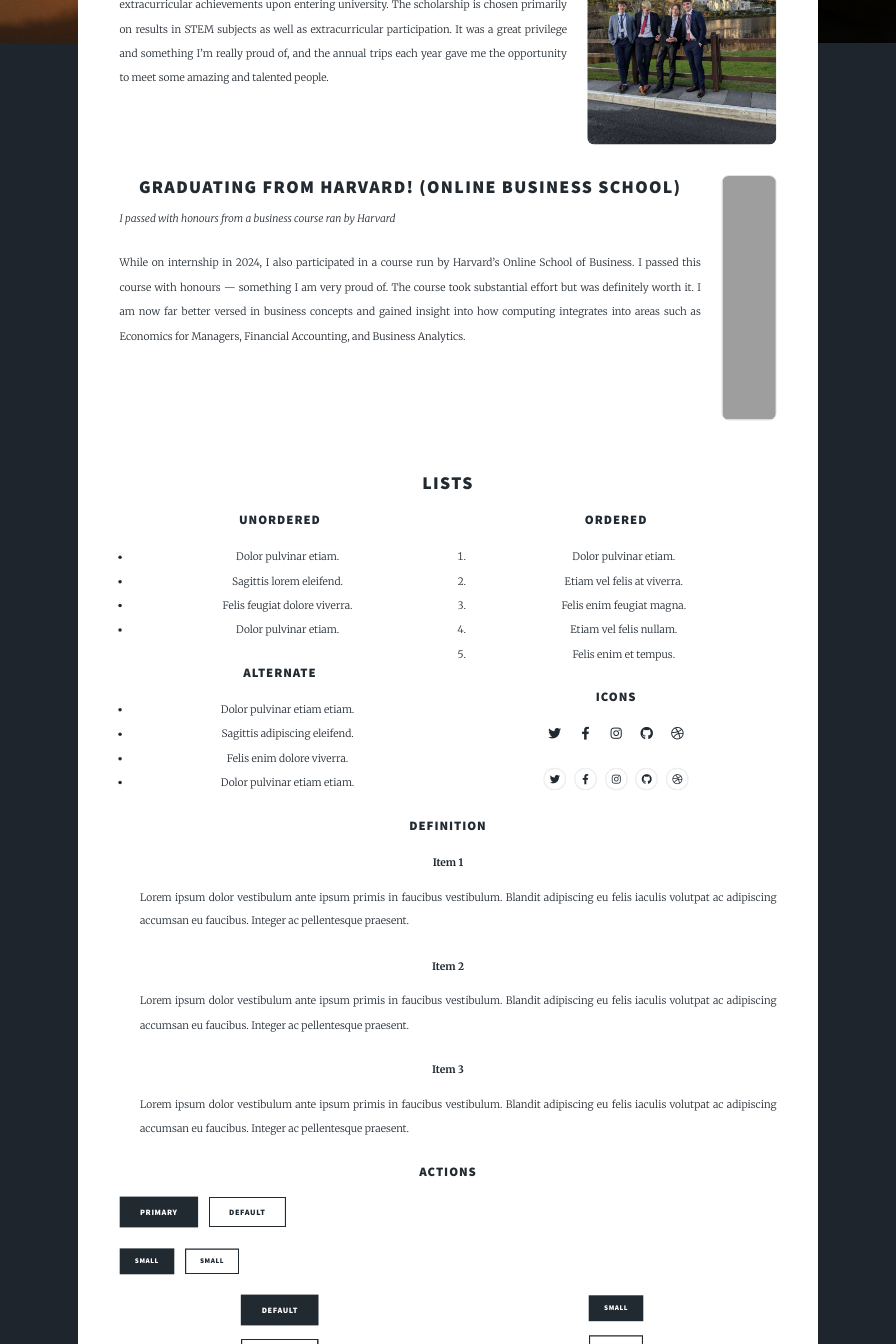
Repository: ciaranscan6/PersonalWebsite
Page: hobbies-and-ach.html
These files come from the project's save history. The page is drawn as it stood at one moment and after the next save; the edit follows.
The browser window is 1280 px wide. The pictures show the part of the page from y = 659 to 2579 px (the page is 9096 px tall before and 9379 px after), at 70% of full size.
Pictures or frames that could not be fetched are drawn as grey boxes.

Above is the page before, as saved 2025-11-22 04:47:53.

### hobbies-and-ach.html
<!DOCTYPE HTML>
<!--
	Massively by HTML5 UP
	html5up.net | @ajlkn
	Free for personal and commercial use under the CCA 3.0 license (html5up.net/license)
-->
<html>
	<head>
		<title>Elements Reference - Massively by HTML5 UP</title>
		<meta charset="utf-8" />
		<meta name="viewport" content="width=device-width, initial-scale=1, user-scalable=no" />
		<link rel="stylesheet" href="assets/css/main.css" />
		<noscript><link rel="stylesheet" href="assets/css/noscript.css" /></noscript>
	</head>
	<body class="is-preload">

		<!-- Wrapper -->
			<div id="wrapper">

				<!-- Header -->
					<header id="header">
						<a href="index.html" class="logo">Massively</a>
					</header>

				<!-- Nav -->
					<nav id="nav">
						<ul class="links">
							<li><a href="index.html">Projects</a></li>
							<li><a href="about-me.html">About Me</a></li>
							<li class="active"><a href="hobbies-and-ach.html">Hobbies and Achievements</a></li>
						</ul>
						<ul class="icons">
							<li><a href="#" class="icon brands fa-linkedin"><span class="label">LinkedIn</span></a></li>
							<li><a href="#" class="icon brands fa-instagram"><span class="label">Instagram</span></a></li>
							<li><a href="#" class="icon brands fa-github"><span class="label">GitHub</span></a></li>
						</ul>
					</nav>

				<!-- Main -->
					<div id="main">

						<!-- Post -->
							<section class="post featured">
								<header class="major">
									<h1>Random Achievements</h1>
								</header>

								<div class="split-section">
									<div class="text">
										<header>
											<h2>Naughton Scholarship</h2>
											<p>I received an academic scholarship worth €22,000</p>
										</header>
										<p>
											I was one of 34 students in the country to receive the scholarship based on academic
											and extracurricular achievements upon entering university. The scholarship is chosen
											primarily on results in STEM subjects as well as extracurricular participation. It was
											a great privilege and something I’m really proud of, and the annual trips each year
											gave me the opportunity to meet some amazing and talented people.
										</p>
									</div>

									<img src="images/Naughton.jpg" alt="Naughton Scholarship Photo">
								</div>

								<div class="split-section">
									<div class="text">
										<header>
											<h2>Graduating from Harvard! (Online Business School)</h2>
											<p>I passed with honours from a business course ran by Harvard</p>
										</header>
										<p>
											While on internship in 2024, I also participated in a course run by Harvard’s Online
											School of Business. I passed this course with honours — something I am very proud of.
											The course took substantial effort but was definitely worth it. I am now far better
											versed in business concepts and gained insight into how computing integrates into areas
											such as Economics for Managers, Financial Accounting, and Business Analytics.
										</p>
									</div>

									<div class="pdf-preview">
										<iframe src="files/Harvard_Certificate.pdf#toolbar=0&navpanes=0&scrollbar=0"></iframe>
									</div>
								</div>

								<!-- Lists -->
									<h2>Lists</h2>
									<div class="row">
										<div class="col-6 col-12-small">

											<h3>Unordered</h3>
											<ul>
												<li>Dolor pulvinar etiam.</li>
												<li>Sagittis lorem eleifend.</li>
												<li>Felis feugiat dolore viverra.</li>
												<li>Dolor pulvinar etiam.</li>
											</ul>

											<h3>Alternate</h3>
											<ul class="alt">
												<li>Dolor pulvinar etiam etiam.</li>
												<li>Sagittis adipiscing eleifend.</li>
												<li>Felis enim dolore viverra.</li>
												<li>Dolor pulvinar etiam etiam.</li>
											</ul>

										</div>
										<div class="col-6 col-12-small">

											<h3>Ordered</h3>
											<ol>
												<li>Dolor pulvinar etiam.</li>
												<li>Etiam vel felis at viverra.</li>
												<li>Felis enim feugiat magna.</li>
												<li>Etiam vel felis nullam.</li>
												<li>Felis enim et tempus.</li>
											</ol>

											<h3>Icons</h3>
											<ul class="icons">
												<li><a href="#" class="icon brands fa-twitter"><span class="label">Twitter</span></a></li>
												<li><a href="#" class="icon brands fa-facebook-f"><span class="label">Facebook</span></a></li>
												<li><a href="#" class="icon brands fa-instagram"><span class="label">Instagram</span></a></li>
												<li><a href="#" class="icon brands fa-github"><span class="label">Github</span></a></li>
												<li><a href="#" class="icon brands fa-dribbble"><span class="label">Dribbble</span></a></li>
											</ul>
											<ul class="icons alt">
												<li><a href="#" class="icon brands alt fa-twitter"><span class="label">Twitter</span></a></li>
												<li><a href="#" class="icon brands alt fa-facebook-f"><span class="label">Facebook</span></a></li>
												<li><a href="#" class="icon brands alt fa-instagram"><span class="label">Instagram</span></a></li>
												<li><a href="#" class="icon brands alt fa-github"><span class="label">Github</span></a></li>
												<li><a href="#" class="icon brands alt fa-dribbble"><span class="label">Dribbble</span></a></li>
											</ul>

										</div>
									</div>
									<h3>Definition</h3>
									<dl>
										<dt>Item 1</dt>
										<dd>
											<p>Lorem ipsum dolor vestibulum ante ipsum primis in faucibus vestibulum. Blandit adipiscing eu felis iaculis volutpat ac adipiscing accumsan eu faucibus. Integer ac pellentesque praesent.</p>
										</dd>
										<dt>Item 2</dt>
										<dd>
											<p>Lorem ipsum dolor vestibulum ante ipsum primis in faucibus vestibulum. Blandit adipiscing eu felis iaculis volutpat ac adipiscing accumsan eu faucibus. Integer ac pellentesque praesent.</p>
										</dd>
										<dt>Item 3</dt>
										<dd>
											<p>Lorem ipsum dolor vestibulum ante ipsum primis in faucibus vestibulum. Blandit adipiscing eu felis iaculis volutpat ac adipiscing accumsan eu faucibus. Integer ac pellentesque praesent.</p>
										</dd>
									</dl>

									<h3>Actions</h3>
									<ul class="actions">
										<li><a href="#" class="button primary">Primary</a></li>
										<li><a href="#" class="button">Default</a></li>
									</ul>
									<ul class="actions small">
										<li><a href="#" class="button primary small">Small</a></li>
										<li><a href="#" class="button small">Small</a></li>
									</ul>
									<div class="row">
										<div class="col-6 col-12-small">
											<ul class="actions stacked">
												<li><a href="#" class="button primary">Default</a></li>
												<li><a href="#" class="button">Default</a></li>
											</ul>
										</div>
										<div class="col-6 col-12-small">
											<ul class="actions stacked">
												<li><a href="#" class="button primary small">Small</a></li>
												<li><a href="#" class="button small">Small</a></li>
											</ul>
										</div>
									</div>
									<div class="row">
										<div class="col-6 col-12-small">
											<ul class="actions stacked">
												<li><a href="#" class="button primary fit">Default</a></li>
												<li><a href="#" class="button fit">Default</a></li>
											</ul>
										</div>
										<div class="col-6 col-12-small">
											<ul class="actions stacked">
												<li><a href="#" class="button primary small fit">Small</a></li>
												<li><a href="#" class="button small fit">Small</a></li>
											</ul>
										</div>
									</div>

									<hr />

								<!-- Blockquote -->
									<h2>Blockquote</h2>
									<blockquote>Fringilla nisl. Donec accumsan interdum nisi, quis tincidunt felis sagittis eget tempus euismod. Vestibulum ante ipsum primis in faucibus vestibulum. Blandit adipiscing eu felis iaculis volutpat ac adipiscing accumsan faucibus. Vestibulum ante ipsum primis in faucibus vestibulum. Blandit adipiscing eu felis.</blockquote>

									<hr />

								<!-- Table -->
									<h2>Table</h2>

									<h3>Default</h3>
									<div class="table-wrapper">
										<table>
											<thead>
												<tr>
													<th>Name</th>
													<th>Description</th>
													<th>Price</th>
												</tr>
											</thead>
											<tbody>
												<tr>
													<td>Item 1</td>
													<td>Ante turpis integer aliquet porttitor.</td>
													<td>29.99</td>
												</tr>
												<tr>
													<td>Item 2</td>
													<td>Vis ac commodo adipiscing arcu aliquet.</td>
													<td>19.99</td>
												</tr>
												<tr>
													<td>Item 3</td>
													<td> Morbi faucibus arcu accumsan lorem.</td>
													<td>29.99</td>
												</tr>
												<tr>
													<td>Item 4</td>
													<td>Vitae integer tempus condimentum.</td>
													<td>19.99</td>
												</tr>
												<tr>
													<td>Item 5</td>
													<td>Ante turpis integer aliquet porttitor.</td>
													<td>29.99</td>
												</tr>
											</tbody>
											<tfoot>
												<tr>
													<td colspan="2"></td>
													<td>100.00</td>
												</tr>
											</tfoot>
										</table>
									</div>

									<h3>Alternate</h3>
									<div class="table-wrapper">
										<table class="alt">
											<thead>
												<tr>
													<th>Name</th>
													<th>Description</th>
													<th>Price</th>
												</tr>
											</thead>
											<tbody>
												<tr>
													<td>Item 1</td>
													<td>Ante turpis integer aliquet porttitor.</td>
													<td>29.99</td>
												</tr>
												<tr>
													<td>Item 2</td>
													<td>Vis ac commodo adipiscing arcu aliquet.</td>
													<td>19.99</td>
												</tr>
												<tr>
													<td>Item 3</td>
													<td> Morbi faucibus arcu accumsan lorem.</td>
													<td>29.99</td>
												</tr>
												<tr>
													<td>Item 4</td>
													<td>Vitae integer tempus condimentum.</td>
													<td>19.99</td>
												</tr>
												<tr>
													<td>Item 5</td>
													<td>Ante turpis integer aliquet porttitor.</td>
													<td>29.99</td>
												</tr>
											</tbody>
											<tfoot>
												<tr>
													<td colspan="2"></td>
													<td>100.00</td>
												</tr>
											</tfoot>
										</table>
									</div>

									<hr />

								<!-- Buttons -->
									<h2>Buttons</h2>
									<ul class="actions">
										<li><a href="#" class="button primary">Primary</a></li>
										<li><a href="#" class="button">Default</a></li>
									</ul>
									<ul class="actions">
										<li><a href="#" class="button primary large">Large</a></li>
										<li><a href="#" class="button">Default</a></li>
										<li><a href="#" class="button small">Small</a></li>
									</ul>
									<ul class="actions fit">
										<li><a href="#" class="button primary fit">Fit</a></li>
										<li><a href="#" class="button fit">Fit</a></li>
									</ul>
									<ul class="actions fit small">
										<li><a href="#" class="button primary fit small">Fit + Small</a></li>
										<li><a href="#" class="button fit small">Fit + Small</a></li>
									</ul>
									<ul class="actions">
										<li><a href="#" class="button primary icon solid fa-search">Icon</a></li>
										<li><a href="#" class="button icon solid fa-download">Icon</a></li>
									</ul>
									<ul class="actions">
										<li><span class="button primary disabled">Primary</span></li>
										<li><span class="button disabled">Default</span></li>
									</ul>

									<hr />

								<!-- Form -->
									<h2>Form</h2>

									<form method="post" action="#">
										<div class="row gtr-uniform">
											<div class="col-6 col-12-xsmall">
												<input type="text" name="demo-name" id="demo-name" value="" placeholder="Name" />
											</div>
											<div class="col-6 col-12-xsmall">
												<input type="email" name="demo-email" id="demo-email" value="" placeholder="Email" />
											</div>
											<!-- Break -->
											<div class="col-12">
												<select name="demo-category" id="demo-category">
													<option value="">- Category -</option>
													<option value="1">Manufacturing</option>
													<option value="1">Shipping</option>
													<option value="1">Administration</option>
													<option value="1">Human Resources</option>
												</select>
											</div>
											<!-- Break -->
											<div class="col-4 col-12-small">
												<input type="radio" id="demo-priority-low" name="demo-priority" checked>
												<label for="demo-priority-low">Low</label>
											</div>
											<div class="col-4 col-12-small">
												<input type="radio" id="demo-priority-normal" name="demo-priority">
												<label for="demo-priority-normal">Normal</label>
											</div>
											<div class="col-4 col-12-small">
												<input type="radio" id="demo-priority-high" name="demo-priority">
												<label for="demo-priority-high">High</label>
											</div>
											<!-- Break -->
											<div class="col-6 col-12-small">
												<input type="checkbox" id="demo-copy" name="demo-copy">
												<label for="demo-copy">Email me a copy</label>
											</div>
											<div class="col-6 col-12-small">
												<input type="checkbox" id="demo-human" name="demo-human" checked>
												<label for="demo-human">I am a human</label>
											</div>
											<!-- Break -->
											<div class="col-12">
												<textarea name="demo-message" id="demo-message" placeholder="Enter your message" rows="6"></textarea>
											</div>
											<!-- Break -->
											<div class="col-12">
												<ul class="actions">
													<li><input type="submit" value="Send Message" class="primary" /></li>
													<li><input type="reset" value="Reset" /></li>
												</ul>
											</div>
										</div>
									</form>

									<hr />

								<!-- Image -->
									<h2>Image</h2>

									<h3>Fit</h3>
									<span class="image fit"><img src="images/pic01.jpg" alt="" /></span>
									<div class="box alt">
										<div class="row gtr-50 gtr-uniform">
											<div class="col-4"><span class="image fit"><img src="images/pic02.jpg" alt="" /></span></div>
											<div class="col-4"><span class="image fit"><img src="images/pic03.jpg" alt="" /></span></div>
											<div class="col-4"><span class="image fit"><img src="images/pic04.jpg" alt="" /></span></div>
											<!-- Break -->
											<div class="col-4"><span class="image fit"><img src="images/pic04.jpg" alt="" /></span></div>
											<div class="col-4"><span class="image fit"><img src="images/pic02.jpg" alt="" /></span></div>
											<div class="col-4"><span class="image fit"><img src="images/pic03.jpg" alt="" /></span></div>
											<!-- Break -->
											<div class="col-4"><span class="image fit"><img src="images/pic03.jpg" alt="" /></span></div>
											<div class="col-4"><span class="image fit"><img src="images/pic04.jpg" alt="" /></span></div>
											<div class="col-4"><span class="image fit"><img src="images/pic02.jpg" alt="" /></span></div>
										</div>
									</div>

									<h3>Left &amp; Right</h3>
									<p><span class="image left"><img src="images/pic08.jpg" alt="" /></span>Lorem ipsum dolor sit accumsan interdum nisi, quis tincidunt felis sagittis eget. tempus euismod. Vestibulum ante ipsum primis in faucibus vestibulum. Blandit adipiscing eu felis iaculis volutpat ac adipiscing accumsan eu faucibus. Integer ac pellentesque praesent tincidunt felis sagittis eget. tempus euismod. Vestibulum ante ipsum primis sagittis eget. tempus euismod. Vestibulum ante ipsum primis in faucibus vestibulum. Blandit adipiscing eu felis iaculis volutpat ac adipiscing accumsan eu faucibus. Integer ac pellentesque praesent tincidunt felis sagittis eget. tempus euismod. Vestibulum ante ipsum primis in faucibus vestibulum. Blandit adipiscing eu felis iaculis volutpat ac adipiscing accumsan eu faucibus. Integer ac pellentesque praesent. Vestibulum ante ipsum primis in faucibus magna blandit adipiscing eu felis iaculis.</p>
									<p><span class="image right"><img src="images/pic09.jpg" alt="" /></span>Lorem ipsum dolor sit accumsan interdum nisi, quis tincidunt felis sagittis eget. tempus euismod. Vestibulum ante ipsum primis in faucibus vestibulum. Blandit adipiscing eu felis iaculis volutpat ac adipiscing accumsan eu faucibus. Integer ac pellentesque praesent tincidunt felis sagittis eget. tempus euismod. Vestibulum ante ipsum primis sagittis eget. tempus euismod. Vestibulum ante ipsum primis in faucibus vestibulum. Blandit adipiscing eu felis iaculis volutpat ac adipiscing accumsan eu faucibus. Integer ac pellentesque praesent tincidunt felis sagittis eget. tempus euismod. Vestibulum ante ipsum primis in faucibus vestibulum. Blandit adipiscing eu felis iaculis volutpat ac adipiscing accumsan eu faucibus. Integer ac pellentesque praesent. Vestibulum ante ipsum primis in faucibus magna blandit adipiscing eu felis iaculis.</p>

									<hr />

								<!-- Box -->
									<h2>Box</h2>
									<div class="box">
										<p>Felis sagittis eget tempus primis in faucibus vestibulum. Blandit adipiscing eu felis iaculis volutpat ac adipiscing accumsan eu faucibus. Integer ac pellentesque praesent tincidunt felis sagittis eget. tempus euismod. Magna sed etiam ante ipsum primis in faucibus vestibulum. Blandit adipiscing eu ipsum primis in faucibus vestibulum. Blandit adipiscing eu felis iaculis volutpat ac adipiscing accumsan eu faucibus lorem ipsum dolor sit amet nullam. Integer ac pellentesque praesent tincidunt felis sagittis eget. tempus euismod. Vestibulum ante ipsum primis sagittis eget. tempus euismod. Vestibulum ante ipsum primis in faucibus vestibulum. Blandit adipiscing eu felis iaculis volutpat ac adipiscing accumsan eu faucibus. Integer ac pellentesque praesent tincidunt felis sagittis eget. tempus euismod. Vestibulum ante ipsum primis in faucibus vestibulum. Blandit adipiscing eu felis iaculis volutpat ac adipiscing accumsan eu faucibus. Integer ac pellentesque praesent. Vestibulum ante ipsum primis in faucibus magna blandit adipiscing eu felis iaculis volutpat lorem ipsum dolor.</p>
									</div>

									<hr />

								<!-- Preformatted Code -->
									<h2>Preformatted</h2>
									<pre><code>i = 0;

while (!deck.isInOrder()) {
    print 'Iteration ' + i;
    deck.shuffle();
    i++;
}

print 'It took ' + i + ' iterations to sort the deck.';
</code></pre>

							</section>

					</div>

				<!-- Footer -->
					<footer id="footer">
						<section>
							<form method="post" action="#">
								<div class="fields">
									<div class="field">
										<label for="name">Name</label>
										<input type="text" name="name" id="name" />
									</div>
									<div class="field">
										<label for="email">Email</label>
										<input type="text" name="email" id="email" />
									</div>
									<div class="field">
										<label for="message">Message</label>
										<textarea name="message" id="message" rows="3"></textarea>
									</div>
								</div>
								<ul class="actions">
									<li><input type="submit" value="Send Message" /></li>
								</ul>
							</form>
						</section>
						<section class="split contact">
							<section class="alt">
								<h3>Address</h3>
								<p>1234 Somewhere Road #87257<br />
								Nashville, TN 00000-0000</p>
							</section>
							<section>
								<h3>Phone</h3>
								<p><a href="#">(000) 000-0000</a></p>
							</section>
							<section>
								<h3>Email</h3>
								<p><a href="#">info@untitled.tld</a></p>
							</section>
							<section>
								<h3>Social</h3>
								<ul class="icons alt">
									<li><a href="#" class="icon brands alt fa-twitter"><span class="label">Twitter</span></a></li>
									<li><a href="#" class="icon brands alt fa-facebook-f"><span class="label">Facebook</span></a></li>
									<li><a href="#" class="icon brands alt fa-instagram"><span class="label">Instagram</span></a></li>
									<li><a href="#" class="icon brands alt fa-github"><span class="label">GitHub</span></a></li>
								</ul>
							</section>
						</section>
					</footer>

				<!-- Copyright -->
					<div id="copyright">
						<ul><li>&copy; Untitled</li><li>Design: <a href="https://html5up.net">HTML5 UP</a></li></ul>
					</div>

			</div>

		<!-- Scripts -->
			<script src="assets/js/jquery.min.js"></script>
			<script src="assets/js/jquery.scrollex.min.js"></script>
			<script src="assets/js/jquery.scrolly.min.js"></script>
			<script src="assets/js/browser.min.js"></script>
			<script src="assets/js/breakpoints.min.js"></script>
			<script src="assets/js/util.js"></script>
			<script src="assets/js/main.js"></script>

	</body>
</html>

Loaded but not shown: assets/js/jquery.min.js (library); assets/js/jquery.scrollex.min.js (common file); assets/js/jquery.scrolly.min.js (common file); assets/js/browser.min.js (common file); assets/js/breakpoints.min.js (common file); assets/css/fontawesome-all.min.css (library); assets/js/util.js (587 lines, source omitted); assets/js/main.js (258 lines, source omitted); assets/css/main.css (4759 lines, source omitted)

After the next save:
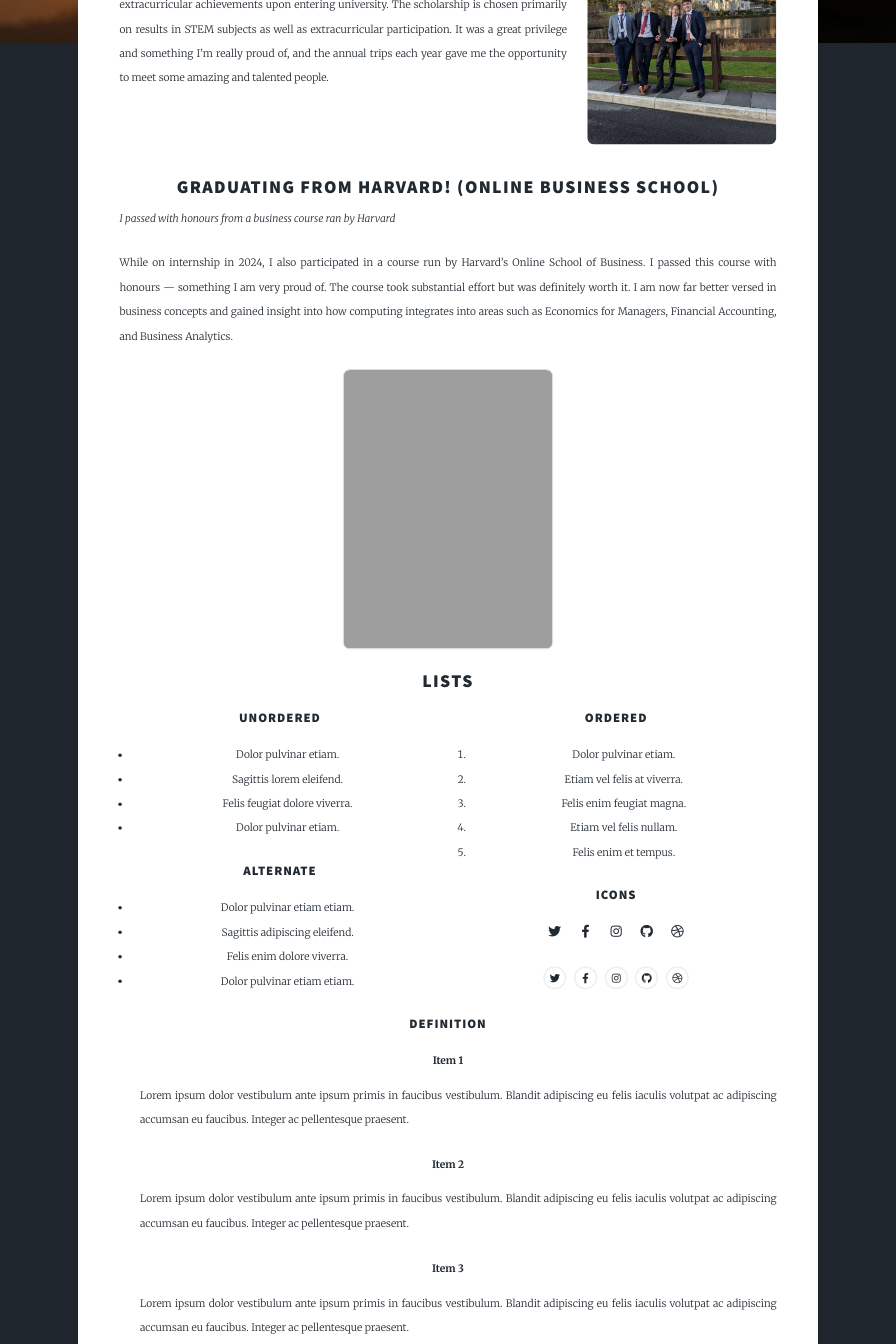
Saved 2 min 28 s later.
--- a/hobbies-and-ach.html
+++ b/hobbies-and-ach.html
@@ -63,7 +63,7 @@
 									<img src="images/Naughton.jpg" alt="Naughton Scholarship Photo">
 								</div>
 
-								<div class="split-section">
+								<div>
 									<div class="text">
 										<header>
 											<h2>Graduating from Harvard! (Online Business School)</h2>
